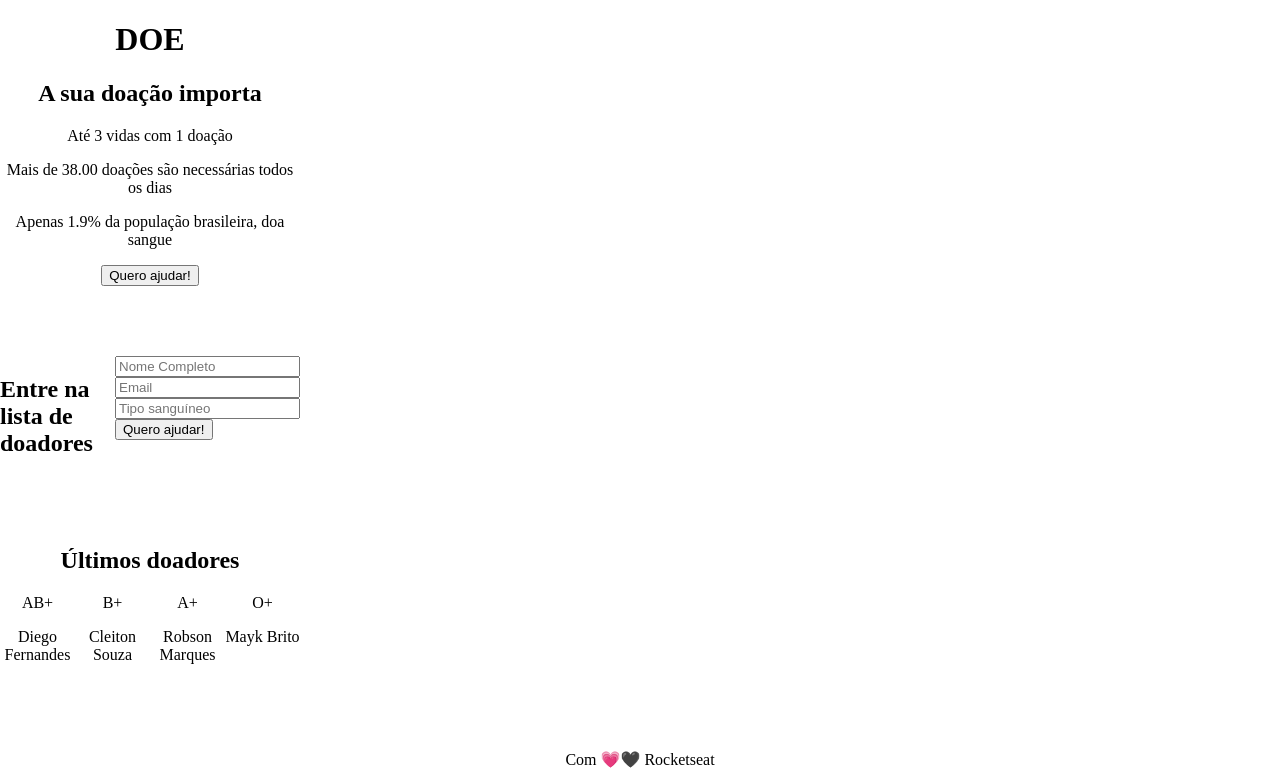
Repository: lucas-silva-dev/Doe
Page: index.html
The author's editor kept a copy of each file at every save. The page is drawn from the files as they stood at one save, then again after the next save.
The browser window is 1280 px wide. The pictures show the whole page.

Above is the page before, as saved 2020-02-18 12:54:43.

### index.html
<!DOCTYPE html>
<!-- HTML
  HYPERTEXT
    Texto que contém links para outros documentos

  MARKUP
    Texto conterá marcações
    <tags>

  LANGUAGE
    Para comunicar de certa maneira. Sintaxe específica
-->
<html>

<head>
  <!-- são as configurações da minha página-->
  <title>Doe sangue! Doe vida!</title>

  <link rel="stylesheet" href="style.css">
</head>

<body>
  <!-- Aqui vem todo conteúdo visível para o usuário, dentro de certa página-->
  <header>
    <h1>DOE</h1>
    <h2>A sua doação importa</h2>
    <p>Até 3 vidas com 1 doação</p>
    <p>Mais de 38.00 doações são necessárias todos os dias</p>
    <p>Apenas 1.9% da população brasileira, doa sangue</p>
    <button>Quero ajudar!</button>
  </header>

  <section class="form">
    <h2>Entre na lista de doadores</h2>
    <form action="/">
      <input type="text" name="name" placeholder="Nome Completo">
      <input type="text" name="email" placeholder="Email">
      <input type="text" name="blood" placeholder="Tipo sanguíneo">
      <button type="submit">Quero ajudar!</button>
    </form>
  </section>

  <main>
    <h2>Últimos doadores</h2>

    <section class="donors">
      <div class="donor">
        <div class="blood">AB+</div>
        <p>Diego Fernandes</p>
      </div>
      <div class="donor">
        <div class="blood">B+</div>
        <p>Cleiton Souza</p>
      </div>
      <div class="donor">
        <div class="blood">A+</div>
        <p>Robson Marques</p>
      </div>
      <div class="donor">
        <div class="blood">O+</div>
        <p>Mayk Brito</p>
      </div>
    </section>
  </main>

  <footer> Com 💗🖤 Rocketseat</footer>

</body>

</html>

### style.css
/*
  CASCADING STYLESHEET
*/

html,
body {
  margin: 0;
}

/* ALINHAMENTOS, ESPAÇAMENTOS,
  LARGURAS E ALTURAS */
header,
main,
footer {
  text-align: center;
}

.donors {
  display: grid;
  grid-template-columns: 1fr 1fr 1fr 1fr;
}

.form {
  display: grid;
  grid-template-columns: 1fr 1fr;
}

header,
.form,
main {
  /* espaçamentos com margin */
  margin-bottom: 70px;

  /* limites dos elementos */
  width: 300px;
}

After the next save:
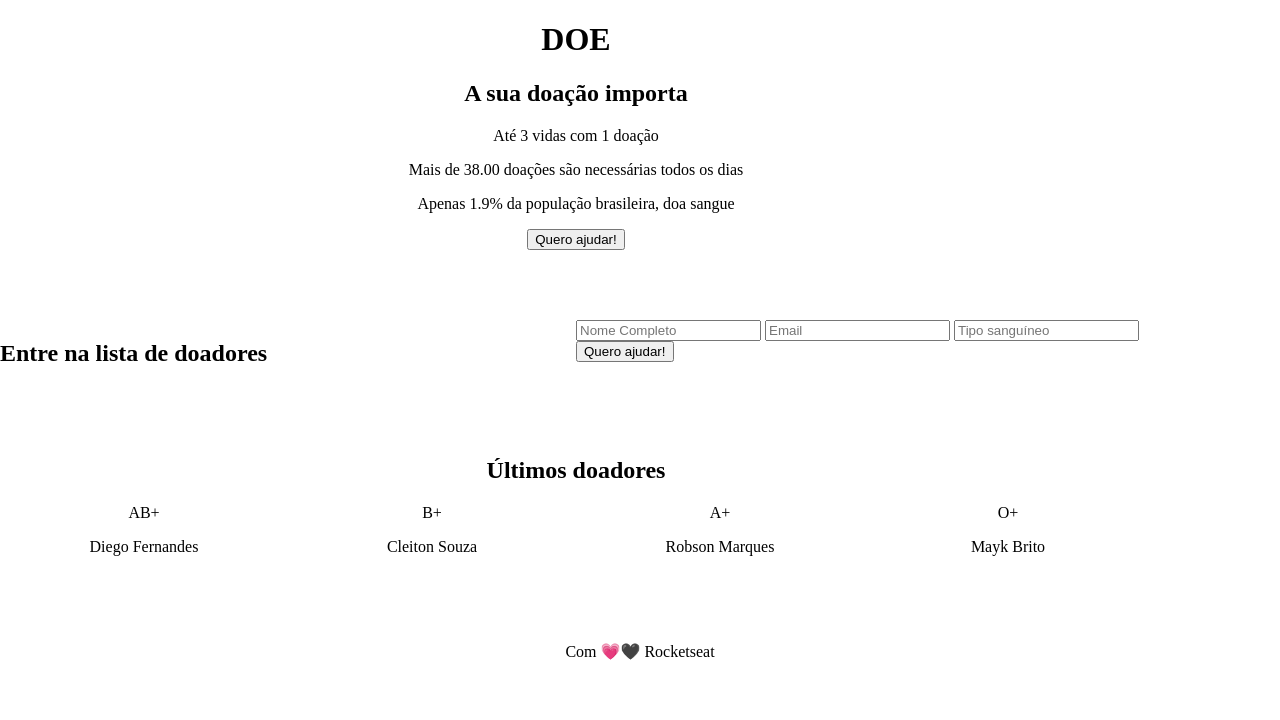
Saved 39 s later.
--- a/style.css
+++ b/style.css
@@ -32,5 +32,5 @@ main {
   margin-bottom: 70px;
 
   /* limites dos elementos */
-  width: 300px;
+  width: 90%;
 }
